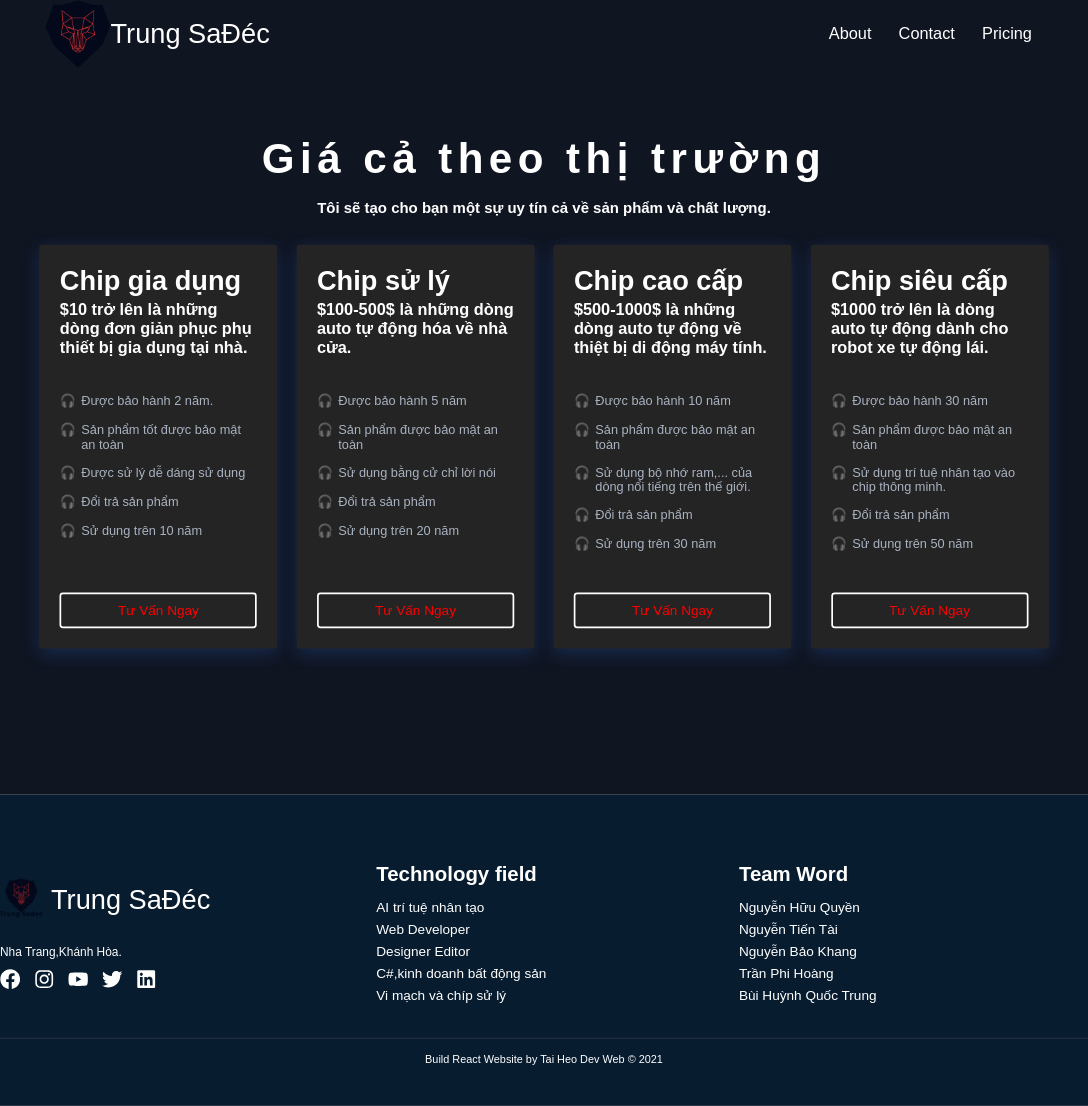
Repository: fdhhhdjd/Profile-Gift-B_H_Q_Trung
Page: /pricing
These files come from the project's save history. The page is drawn as it stood at one moment and after the next save; the edit follows.
The browser window is 1280 px wide. The pictures show the whole page, at 85% of full size.
The project was rebuilt for these pictures with package versions that can differ from the ones it lists, and the page was loaded fresh each time. Also part of the build but not shown: src/Styles/FeaturesStyles.js, src/Components/FeaturesData.js, src/Styles/ContentStyles.js, src/Components/Content.js, src/Data/HeroData.js, src/Pages/Home.js, src/Styles/HeroStyles.js, src/Components/Hero.js. Imported but missing from the stored project, and not drawn on this page: src/Pages/SignUpPage.

Above is the page before, as saved 2021-10-29 11:44:48.

After the next save:
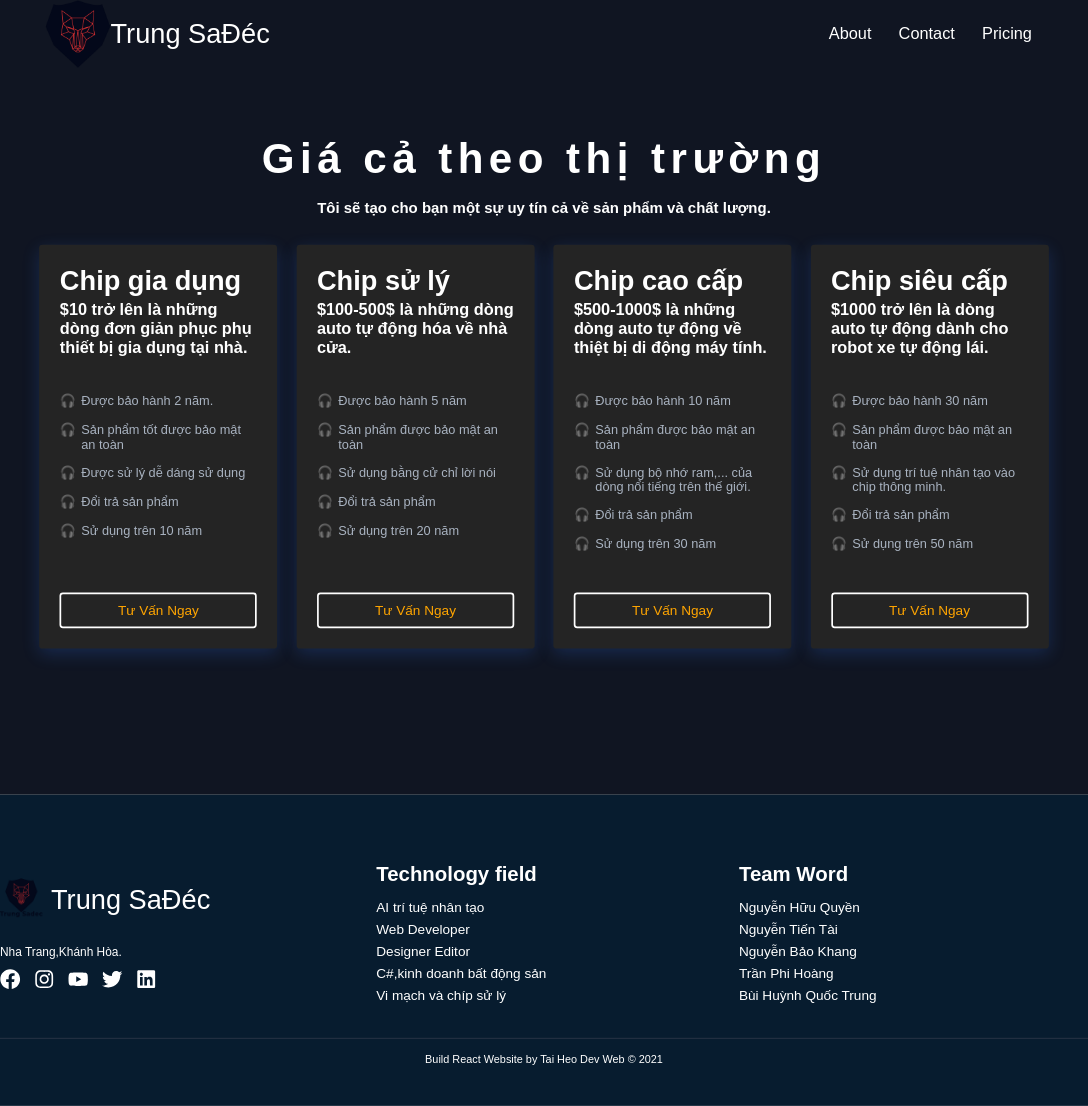
Saved 29 s later.
--- a/src/Styles/PricingStyles.js
+++ b/src/Styles/PricingStyles.js
@@ -116,5 +116,5 @@ export const PricingCardFeature = styled.li`
 `;
 export const CartA = styled.a`
   text-decoration: none;
-  color: red;
+  color: orange;
 `;
